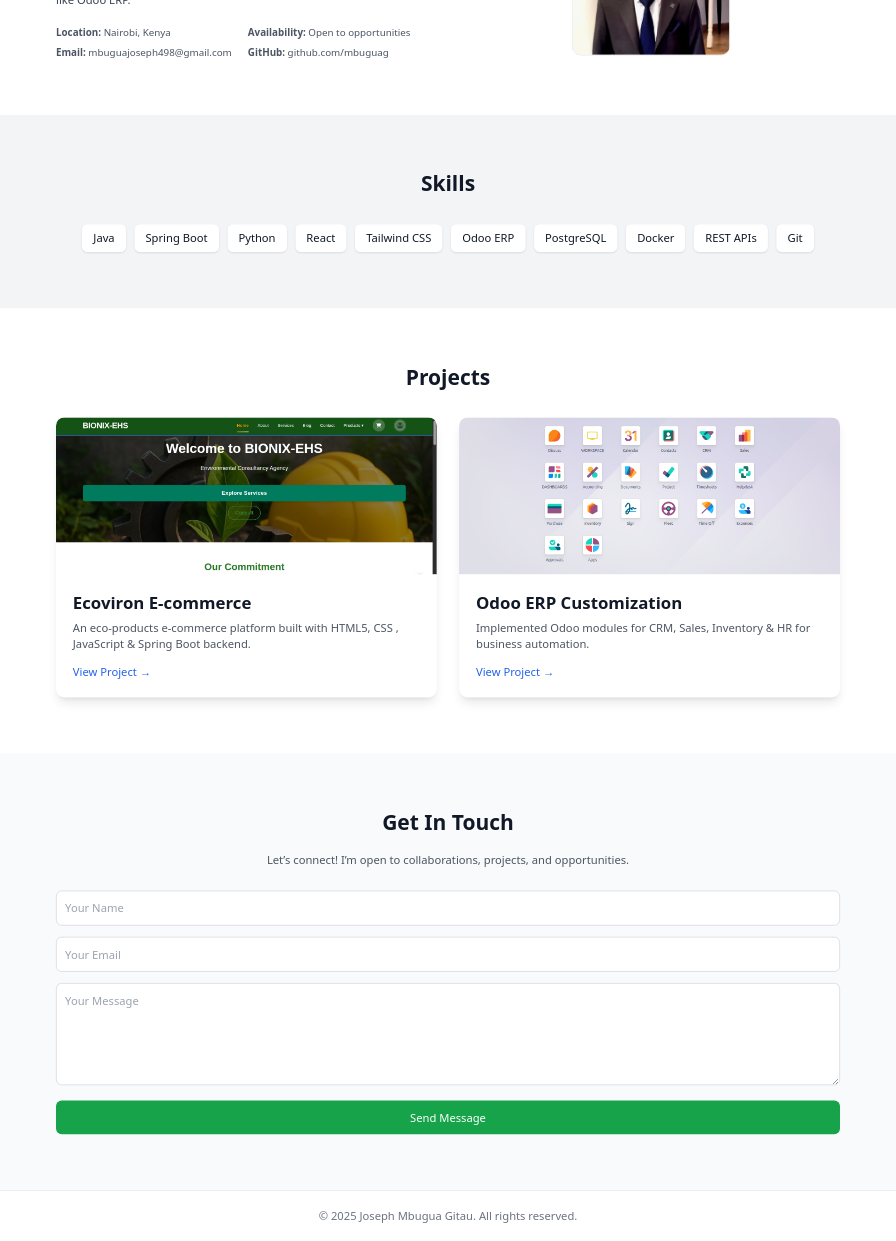
Repository: mbuguag/Portfolio
Page: /
The author's editor kept a copy of each file at every save. The page is drawn from the files as they stood at one save, then again after the next save.
The browser window is 1280 px wide. The pictures show the part of the page from y = 1016 to 2936 px (the page is 2789 px tall before and 3030 px after), at 70% of full size.
The project was rebuilt for these pictures with package versions that can differ from the ones it lists, and the page was loaded fresh each time. Also part of the build but not shown: vite.config.js.

Above is the page before, as saved 2025-10-24 11:31:58.

After the next save:
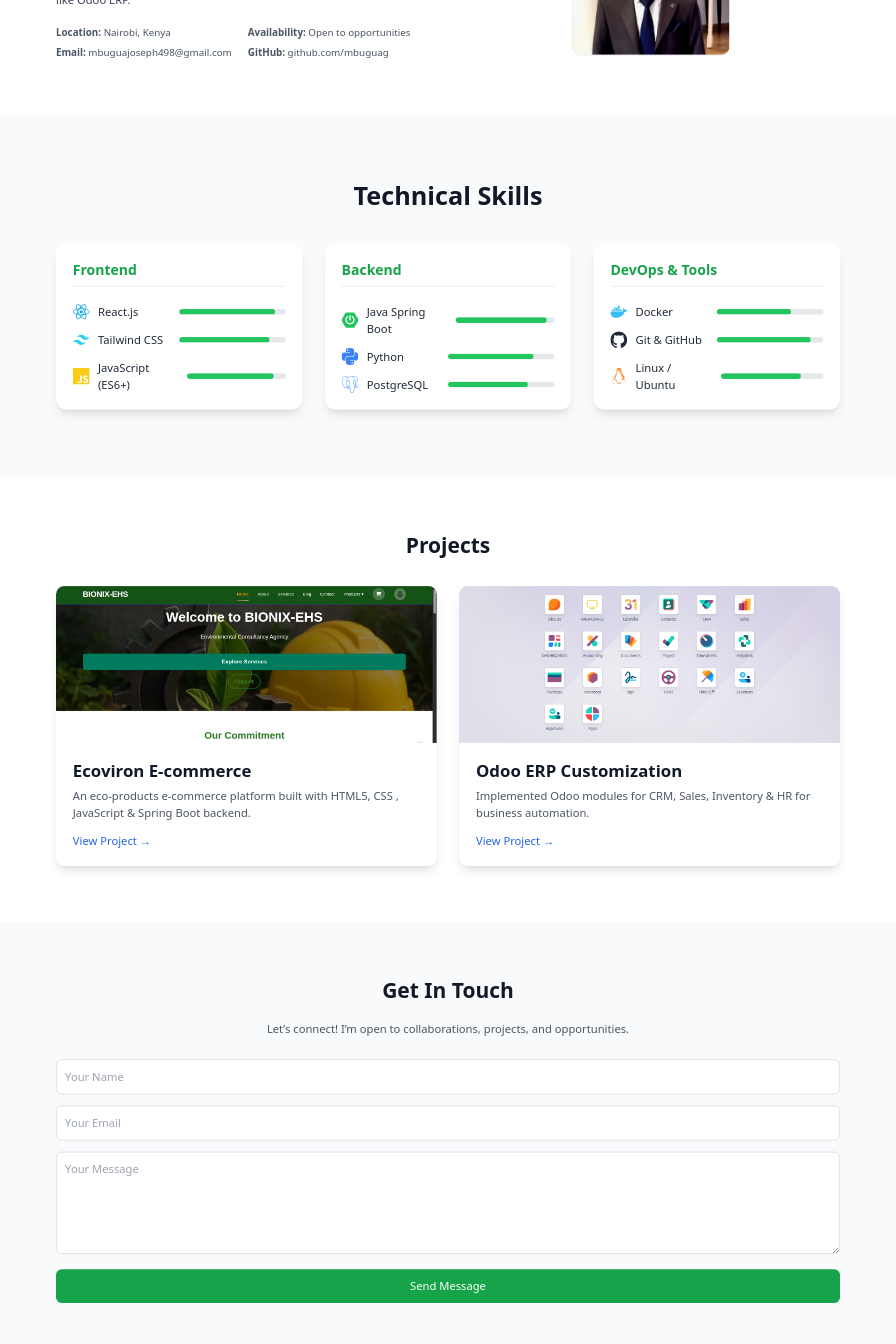
Saved 9 min 51 s later.
--- a/src/components/Skills.jsx
+++ b/src/components/Skills.jsx
@@ -1,18 +1,95 @@
-const skills = [
-  "Java", "Spring Boot", "Python", "React", "Tailwind CSS",
-  "Odoo ERP", "PostgreSQL", "Docker", "REST APIs", "Git"
+import React from "react";
+import { motion } from "framer-motion";
+import { SiSpringboot, SiReact, SiJavascript, SiTailwindcss, SiPostgresql, SiDocker, SiGithub, SiPython } from "react-icons/si";
+import { FaJava, FaLinux } from "react-icons/fa";
+
+const skillCategories = [
+  {
+    title: "Frontend",
+    skills: [
+      { name: "React.js", icon: <SiReact className="text-sky-500" />, level: 90 },
+      { name: "Tailwind CSS", icon: <SiTailwindcss className="text-cyan-400" />, level: 85 },
+      { name: "JavaScript (ES6+)", icon: <SiJavascript className="text-yellow-400" />, level: 88 },
+    ],
+  },
+  {
+    title: "Backend",
+    skills: [
+      { name: "Java Spring Boot", icon: <SiSpringboot className="text-green-500" />, level: 92 },
+      { name: "Python", icon: <SiPython className="text-blue-500" />, level: 80 },
+      { name: "PostgreSQL", icon: <SiPostgresql className="text-blue-400" />, level: 75 },
+    ],
+  },
+  {
+    title: "DevOps & Tools",
+    skills: [
+      { name: "Docker", icon: <SiDocker className="text-sky-400" />, level: 70 },
+      { name: "Git & GitHub", icon: <SiGithub className="text-gray-800 dark:text-gray-200" />, level: 88 },
+      { name: "Linux / Ubuntu", icon: <FaLinux className="text-orange-400" />, level: 78 },
+    ],
+  },
 ];
 
 export default function Skills() {
   return (
-    <section id="skills" className="py-20 bg-gray-100 dark:bg-gray-800">
-      <h2 className="text-3xl font-bold mb-10 text-center">Skills</h2>
-      <div className="flex flex-wrap justify-center gap-3">
-        {skills.map((skill) => (
-          <span key={skill} className="px-4 py-2 bg-white dark:bg-gray-700 shadow rounded-lg">
-            {skill}
-          </span>
-        ))}
+    <section id="skills" className="py-24 bg-gray-50 dark:bg-gray-900">
+      <div className="container mx-auto px-4 max-w-6xl">
+        <motion.h2
+          className="text-3xl md:text-4xl font-bold text-center text-gray-900 dark:text-white mb-12"
+          initial={{ opacity: 0, y: 40 }}
+          whileInView={{ opacity: 1, y: 0 }}
+          transition={{ duration: 0.6 }}
+          viewport={{ once: true }}
+        >
+          Technical Skills
+        </motion.h2>
+
+        <div className="grid md:grid-cols-3 gap-8">
+          {skillCategories.map((category, i) => (
+            <motion.div
+              key={i}
+              className="p-6 rounded-2xl bg-white dark:bg-gray-800 shadow-lg hover:shadow-xl transition-shadow duration-300"
+              initial={{ opacity: 0, y: 40 }}
+              whileInView={{ opacity: 1, y: 0 }}
+              transition={{ duration: 0.6, delay: i * 0.1 }}
+              viewport={{ once: true }}
+            >
+              <h3 className="text-xl font-semibold mb-6 text-green-600 dark:text-green-400 border-b border-gray-200 dark:border-gray-700 pb-2">
+                {category.title}
+              </h3>
+
+              <ul className="space-y-4">
+                {category.skills.map((skill, j) => (
+                  <motion.li
+                    key={j}
+                    className="flex items-center justify-between"
+                    initial={{ opacity: 0 }}
+                    whileInView={{ opacity: 1 }}
+                    transition={{ duration: 0.4, delay: j * 0.15 }}
+                    viewport={{ once: true }}
+                  >
+                    <div className="flex items-center gap-3">
+                      <span className="text-2xl">{skill.icon}</span>
+                      <span className="font-medium text-gray-800 dark:text-gray-200">
+                        {skill.name}
+                      </span>
+                    </div>
+                    <div className="w-1/2 bg-gray-200 dark:bg-gray-700 h-2 rounded-full overflow-hidden ml-4">
+                      <motion.div
+                        className="bg-green-500 h-full rounded-full"
+                        style={{ width: `${skill.level}%` }}
+                        initial={{ width: 0 }}
+                        whileInView={{ width: `${skill.level}%` }}
+                        transition={{ duration: 1.2, delay: 0.2 }}
+                        viewport={{ once: true }}
+                      />
+                    </div>
+                  </motion.li>
+                ))}
+              </ul>
+            </motion.div>
+          ))}
+        </div>
       </div>
     </section>
   );
